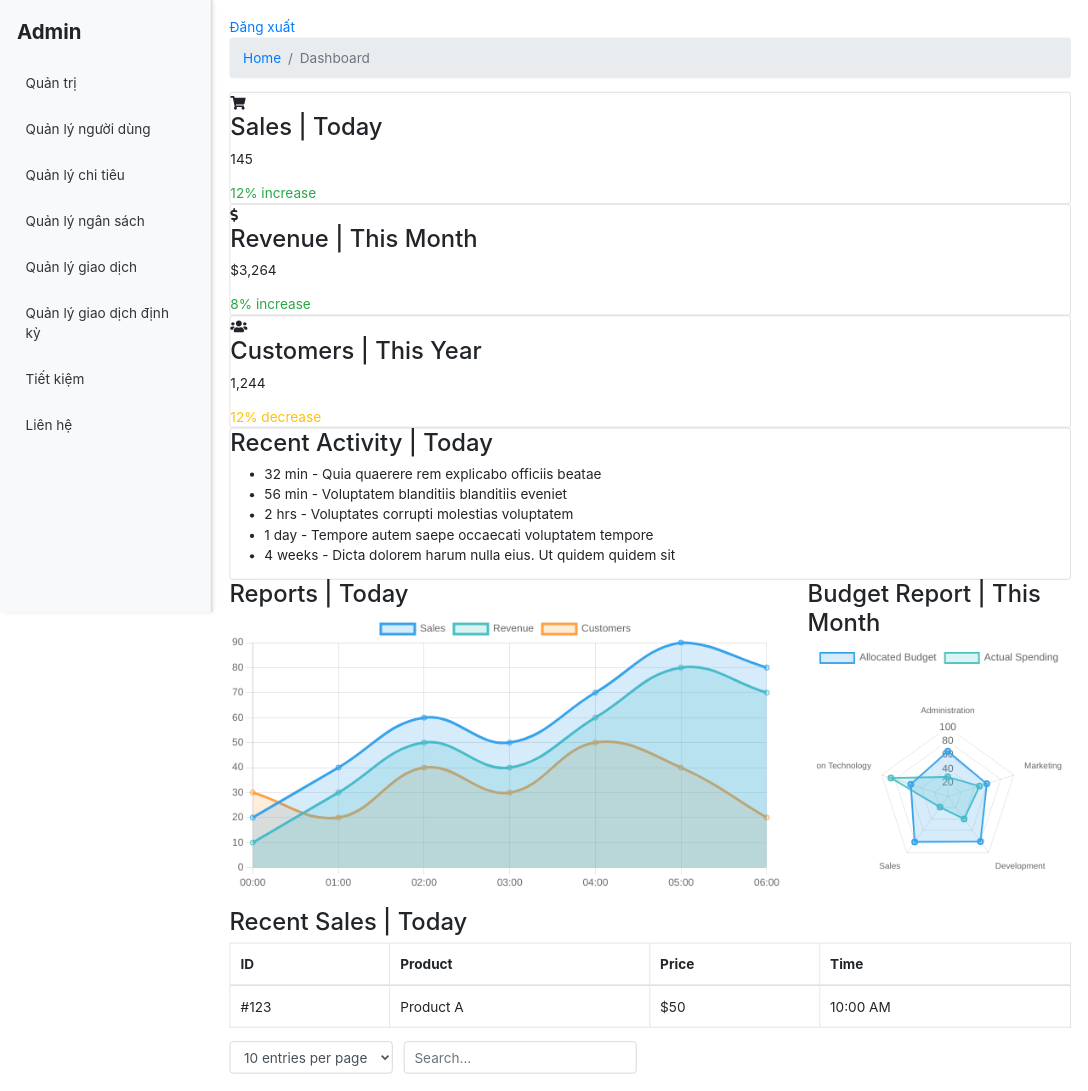
Repository: PhanVanHoa051204/Project3
Page: http://localhost/Project3/dashboard.jsp
These files come from the project's save history. The page is drawn as it stood at one moment and after the next save; the edit follows.
The browser window is 1280 px wide. The pictures show the whole page, at 85% of full size.
The page is served by Tomcat 9. Other server files are loaded and not shown.

Above is the page before, as saved 2025-03-14 18:16:59.

### PhanVanHoa_2210900023_K22CNT1/Project3/src/main/webapp/dashboard.jsp
<%@ page language="java" contentType="text/html; charset=UTF-8"
	pageEncoding="UTF-8"%>
<!DOCTYPE html>
<html lang="en">
<head>
<meta charset="UTF-8">
<meta name="viewport" content="width=device-width, initial-scale=1.0">
<title>Admin</title>
<link rel="stylesheet" href="https://cdn.jsdelivr.net/npm/bootstrap@4.5.3/dist/css/bootstrap.min.css">
<script src="https://cdn.jsdelivr.net/npm/chart.js"></script>
<script src="https://cdnjs.cloudflare.com/ajax/libs/font-awesome/5.15.4/js/all.min.js"></script>
<link rel="stylesheet" href="style.css">
<script src="https://cdn.jsdelivr.net/npm/chart.js"></script>
</head>
<body>
	<div class="container-fluid">
    <div class="row">
        <!-- Sidebar -->
        <div class="sidebar">
            <div class="logo">Admin</div>
            <ul>
                <li class="active"><a href="#">Quản trị</a></li>
                <li><a href="${pageContext.request.contextPath}/NguoiDung/users.jsp">Quản lý người dùng</a></li>
                <li><a href="${pageContext.request.contextPath}/ChiTieu/categories.jsp">Quản lý chi tiêu</a></li>
                <li><a href="${pageContext.request.contextPath}/NganSach/budgets.jsp">Quản lý ngân sách</a></li>
                <li><a href="${pageContext.request.contextPath}/GiaoDich/transactions.jsp">Quản lý giao dịch</a></li>
                <li><a href="${pageContext.request.contextPath}/GDDinhKy/recurringtransactions.jsp">Quản lý giao dịch định kỳ</a></li>
                <li><a href="${pageContext.request.contextPath}/TietKiem/goals.jsp">Tiết kiệm</a></li>
                <li><a href="https://web.facebook.com/PhanHoa05122004">Liên hệ</a></li>
            </ul>
        </div>

        <!-- Main Content -->
        <div class="main-content">
            <header>
            	<div class=""></div>
                <div class="submit-section">
                    <a href="login.jsp" class="logout-btn">Đăng xuất</a>
                </div>
            </header>

            <!-- Dashboard Content -->
            <div class="dashboard-content">
                <nav aria-label="breadcrumb">
                    <ol class="breadcrumb">
                        <li class="breadcrumb-item"><a href="#">Home</a></li>
                        <li class="breadcrumb-item active" aria-current="page">Dashboard</li>
                    </ol>
                </nav>

                <div class="cards">
                    <div class="card stats-card">
                        <div class="card-icon">
                            <i class="fas fa-shopping-cart"></i>
                        </div>
                        <div class="card-content">
                            <h3>Sales | Today</h3>
                            <p class="stats-value">145</p>
                            <span class="stats-change text-success">12% increase</span>
                        </div>
                    </div>
                    <div class="card stats-card">
                        <div class="card-icon">
                            <i class="fas fa-dollar-sign"></i>
                        </div>
                        <div class="card-content">
                            <h3>Revenue | This Month</h3>
                            <p class="stats-value">$3,264</p>
                            <span class="stats-change text-success">8% increase</span>
                        </div>
                    </div>
                    <div class="card stats-card">
                        <div class="card-icon">
                            <i class="fas fa-users"></i>
                        </div>
                        <div class="card-content">
                            <h3>Customers | This Year</h3>
                            <p class="stats-value">1,244</p>
                            <span class="stats-change text-warning">12% decrease</span>
                        </div>
                    </div>
                    <div class="card stats-card">
                        <div class="card-content">
                            <h3>Recent Activity | Today</h3>
                            <ul class="activity-list">
                                <li><span class="dot green"></span>32 min - Quia quaerere rem explicabo officiis beatae</li>
                                <li><span class="dot red"></span>56 min - Voluptatem blanditiis blanditiis eveniet</li>
                                <li><span class="dot blue"></span>2 hrs - Voluptates corrupti molestias voluptatem</li>
                                <li><span class="dot yellow"></span>1 day - Tempore autem saepe occaecati voluptatem tempore</li>
                                <li><span class="dot grey"></span>4 weeks - Dicta dolorem harum nulla eius. Ut quidem quidem sit</li>
                            </ul>
                        </div>
                    </div>
                </div>

                <div class="row">
                    <div class="col-md-8">
                        <div class="chart-section">
                            <h3>Reports | Today</h3>
                            <canvas id="reportsChart"></canvas>
                        </div>
                    </div>
                    <div class="col-md-4">
                        <div class="budget-report">
                            <h3>Budget Report | This Month</h3>
                            <canvas id="budgetChart"></canvas>
                        </div>
                    </div>
                </div>

                <div class="recent-sales">
                    <h3>Recent Sales | Today</h3>
                    <table class="table table-bordered">
                        <thead>
                            <tr>
                                <th>ID</th>
                                <th>Product</th>
                                <th>Price</th>
                                <th>Time</th>
                            </tr>
                        </thead>
                        <tbody>
                            <tr>
                                <td>#123</td>
                                <td>Product A</td>
                                <td>$50</td>
                                <td>10:00 AM</td>
                            </tr>
                        </tbody>
                    </table>
                    <div class="table-footer">
                        <select class="form-control d-inline-block w-auto">
                            <option>10 entries per page</option>
                        </select>
                        <input type="text" class="form-control d-inline-block w-auto ml-2" placeholder="Search...">
                    </div>
                </div>
            </div>
        </div>
    </div>
</div>

    <!-- Scripts -->
    <script>
        // Reports Chart
        const reportsCtx = document.getElementById('reportsChart').getContext('2d');
        new Chart(reportsCtx, {
            type: 'line',
            data: {
                labels: ['00:00', '01:00', '02:00', '03:00', '04:00', '05:00', '06:00'],
                datasets: [
                    {
                        label: 'Sales',
                        data: [20, 40, 60, 50, 70, 90, 80],
                        borderColor: 'rgba(54, 162, 235, 1)',
                        backgroundColor: 'rgba(54, 162, 235, 0.2)',
                        fill: true,
                        tension: 0.4
                    },
                    {
                        label: 'Revenue',
                        data: [10, 30, 50, 40, 60, 80, 70],
                        borderColor: 'rgba(75, 192, 192, 1)',
                        backgroundColor: 'rgba(75, 192, 192, 0.2)',
                        fill: true,
                        tension: 0.4
                    },
                    {
                        label: 'Customers',
                        data: [30, 20, 40, 30, 50, 40, 20],
                        borderColor: 'rgba(255, 159, 64, 1)',
                        backgroundColor: 'rgba(255, 159, 64, 0.2)',
                        fill: true,
                        tension: 0.4
                    }
                ]
            },
            options: {
                scales: {
                    y: {
                        beginAtZero: true
                    }
                }
            }
        });

        // Budget Chart (Radar Chart)
        const budgetCtx = document.getElementById('budgetChart').getContext('2d');
        new Chart(budgetCtx, {
            type: 'radar',
            data: {
                labels: ['Administration', 'Marketing', 'Development', 'Sales', 'on Technology'],
                datasets: [
                    {
                        label: 'Allocated Budget',
                        data: [65, 59, 80, 81, 56],
                        backgroundColor: 'rgba(54, 162, 235, 0.2)',
                        borderColor: 'rgba(54, 162, 235, 1)',
                        borderWidth: 2
                    },
                    {
                        label: 'Actual Spending',
                        data: [28, 48, 40, 19, 86],
                        backgroundColor: 'rgba(75, 192, 192, 0.2)',
                        borderColor: 'rgba(75, 192, 192, 1)',
                        borderWidth: 2
                    }
                ]
            },
            options: {
                scales: {
                    r: {
                        beginAtZero: true
                    }
                }
            }
        });
    </script>
</html>

### PhanVanHoa_2210900023_K22CNT1/Project3/src/main/webapp/style.css
/* Sidebar */
.sidebar {
    width: 250px; /* Điều chỉnh độ rộng của sidebar */
    position: fixed; /* Đảm bảo sidebar luôn cố định khi cuộn trang */
    top: 0;
    left: 0;
    height: 100vh;
    background-color: #f8f9fa;
    padding: 20px;
    border-right: 2px solid #ddd;
    box-shadow: 2px 0px 5px rgba(0,0,0,0.1); /* Thêm bóng đổ cho sidebar */
}

.sidebar .logo {
    font-size: 1.5rem;
    font-weight: bold;
    margin-bottom: 20px;
}

.sidebar ul {
    padding-left: 0;
    list-style-type: none;
}

.sidebar ul li {
    margin-bottom: 10px;
}

.sidebar ul li a {
    text-decoration: none;
    color: #333;
    padding: 10px;
    display: block;
    border-radius: 5px;
}

.sidebar ul li a:hover {
    background-color: #ddd;
}

/* Main Content */
.main-content {
    margin-left: 250px; /* Đẩy nội dung chính sang phải để không bị che khuất bởi sidebar */
    padding: 20px;
}

/* Khi kích thước màn hình nhỏ, sidebar sẽ ẩn đi và chuyển sang dạng menu hamburger */
@media (max-width: 768px) {
    .sidebar {
        width: 100%;
        position: relative;
        height: auto;
    }

    .main-content {
        margin-left: 0;
    }
}

After the next save:
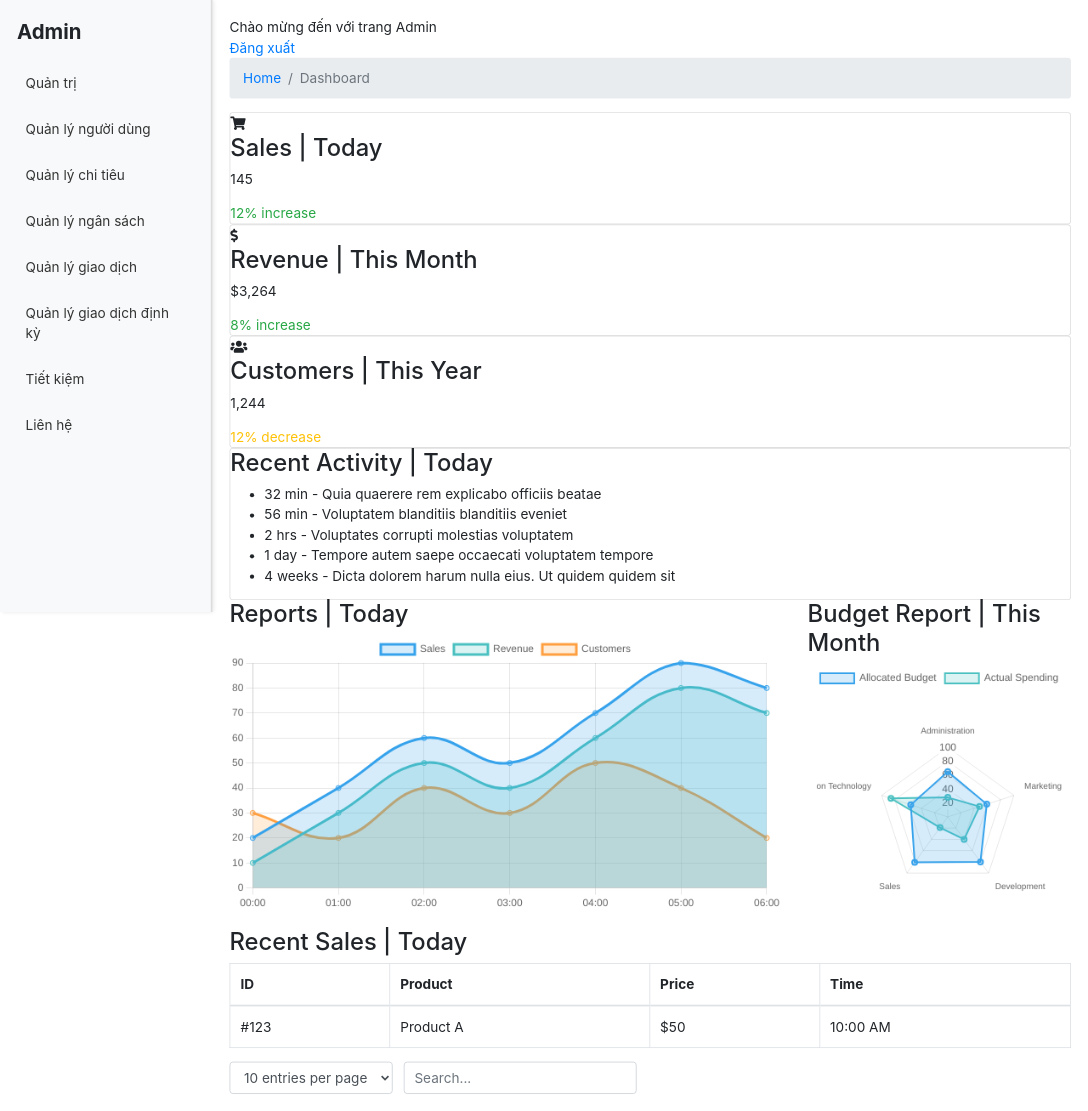
Saved 35 s later.
--- a/PhanVanHoa_2210900023_K22CNT1/Project3/src/main/webapp/dashboard.jsp
+++ b/PhanVanHoa_2210900023_K22CNT1/Project3/src/main/webapp/dashboard.jsp
@@ -33,7 +33,7 @@
         <!-- Main Content -->
         <div class="main-content">
             <header>
-            	<div class=""></div>
+            	<div class="">Chào mừng đến với trang Admin</div>
                 <div class="submit-section">
                     <a href="login.jsp" class="logout-btn">Đăng xuất</a>
                 </div>
